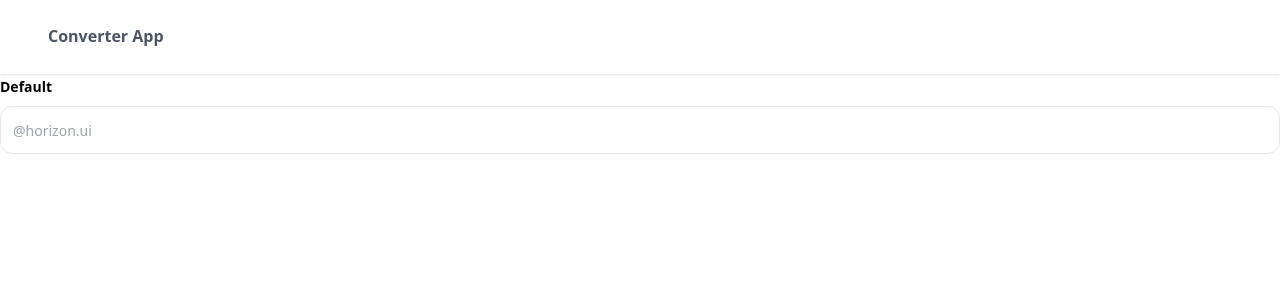
Repository: mikelCabezas/angular-exercices
Page: / (app in converter/)
These files come from the project's save history. The page is drawn as it stood at one moment and after a run of saves; the edit follows.
The browser window is 1280 px wide. The pictures show the whole page.
The project was rebuilt for these pictures with package versions that can differ from the ones it lists, and the page was loaded fresh each time. Also part of the build but not shown: converter/angular.json.

Above is the page before, as saved 2023-09-15 17:59:49.

### converter/src/app/app.module.ts
import { NgModule } from '@angular/core';
import { BrowserModule } from '@angular/platform-browser';

import { AppComponent } from './app.component';
import { NavbarComponent } from './components/navbar/navbar.component';
import { ConverterComponent } from './components/converter/converter.component';

@NgModule({
  declarations: [
    AppComponent,
    NavbarComponent,
    ConverterComponent
  ],
  imports: [
    BrowserModule
  ],
  providers: [],
  bootstrap: [AppComponent]
})
export class AppModule { }

### converter/src/app/app.component.ts
import { Component } from '@angular/core';

@Component({
  selector: 'app-root',
  templateUrl: './app.component.html',
  styleUrls: ['./app.component.css']
})
export class AppComponent {
  title = 'converter';
}

### converter/src/app/components/converter/converter.component.ts
import { Component } from '@angular/core';

@Component({
  selector: 'app-converter',
  templateUrl: './converter.component.html',
  styleUrls: ['./converter.component.css']
})
export class ConverterComponent {

}

### converter/src/app/app.component.html
<app-navbar/>
<app-converter/>

### converter/src/app/components/navbar/navbar.component.html
<nav class="bg-white shadow dark:bg-gray-800">
    <div class="container flex items-center  p-6 mx-auto text-gray-600 capitalize dark:text-gray-300">
        <a href="#" class="border-b-2 border-transparent hover:text-gray-800 dark:hover:text-gray-200 hover:border-blue-500 mx-1.5 sm:mx-6 font-bold">
            Converter App
        </a>
    </div>
</nav>

### converter/src/app/components/converter/converter.component.html
<div class="container mx-auto">
    <div class="row">
        <div class="col">
            <div class="mb-3">
                <label for="email" class="text-sm text-navy-700 dark:text-white font-bold">Default</label>
                <input
                    type="text"
                    id="email"
                    placeholder="@horizon.ui"
                    class="mt-2 flex h-12 w-full items-center justify-center rounded-xl border bg-white/0 p-3 text-sm outline-none border-gray-200"
                >
            </div>
        </div>
        <div class="col"></div>
        <div class="col"></div>
    </div>
</div>

Loaded but not shown: converter/src/index.html (common file); converter/src/styles.css (common file); converter/src/main.ts (common file); converter/src/app/components/navbar/navbar.component.ts (common file); converter/tailwind.config.js (common file); converter/src/app/app.component.css (no stored copy; drawn as an empty file); converter/src/app/components/navbar/navbar.component.css (no stored copy; drawn as an empty file); converter/src/app/components/converter/converter.component.css (no stored copy; drawn as an empty file)

After the next 2 saves:
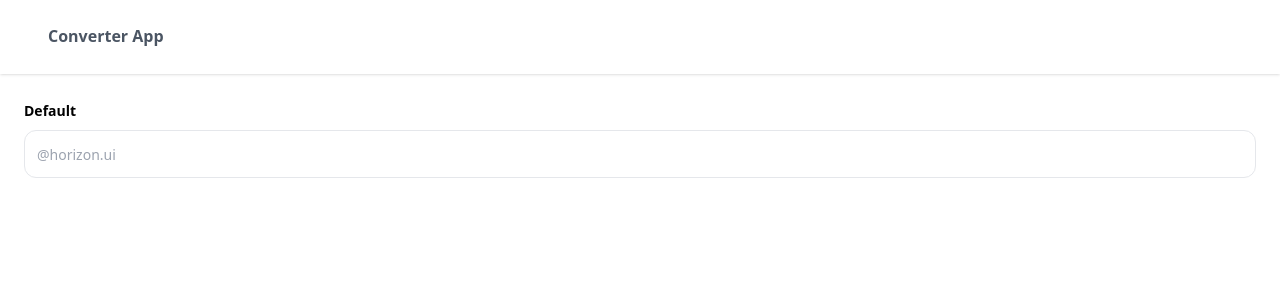
The 2 saves are shown as one change because they came seconds apart.
The last was saved 29 s later.
--- a/converter/src/app/components/converter/converter.component.html
+++ b/converter/src/app/components/converter/converter.component.html
@@ -1,4 +1,4 @@
-<div class="container mx-auto">
+<div class="container mx-auto p-6">
     <div class="row">
         <div class="col">
             <div class="mb-3">
